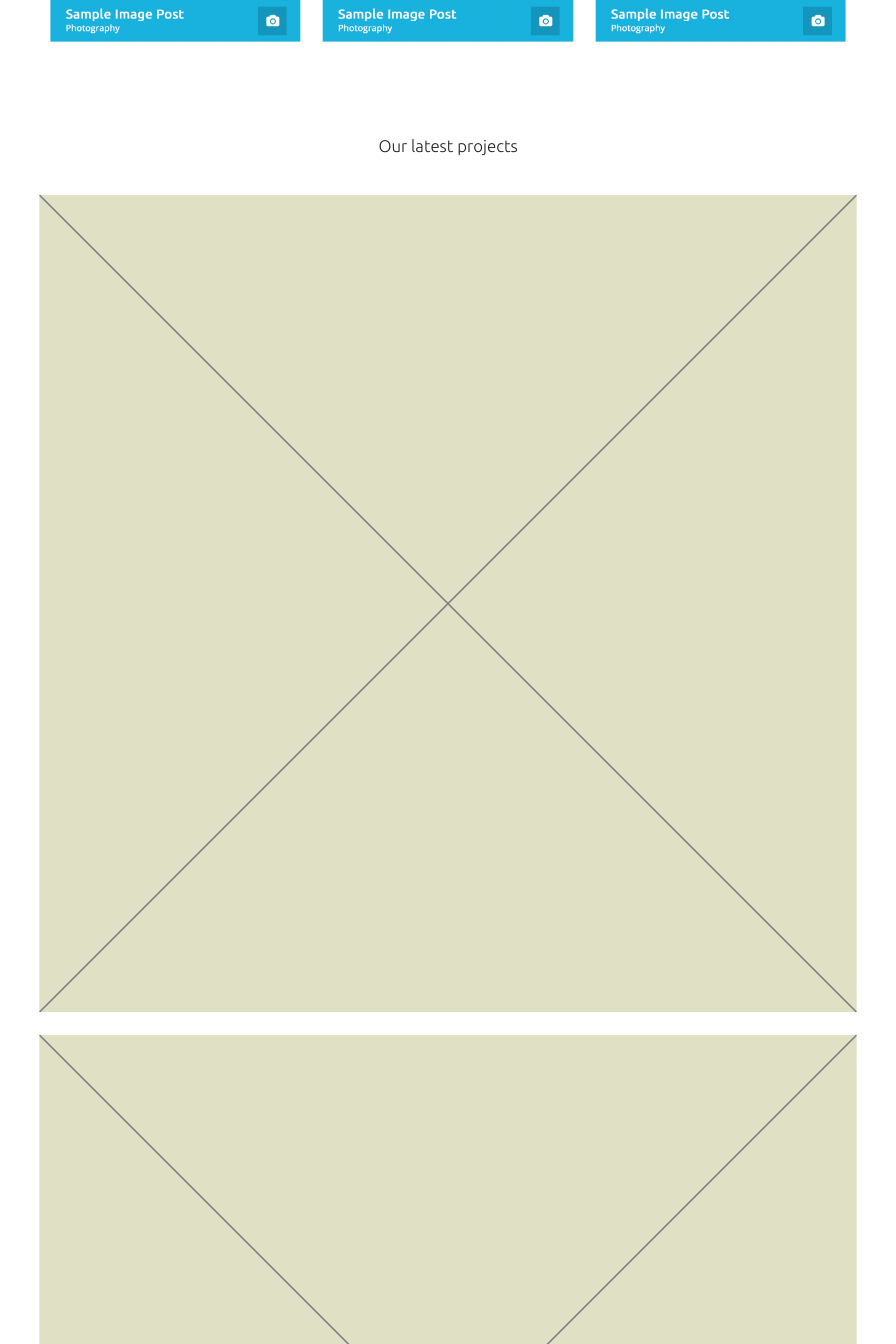
Repository: lpcmendoza/LAB02BF_Group9
Page: index.html
An editor plug-in stored every save of this project. The page is shown before and after the next save, followed by the edit.
The browser window is 1280 px wide. The pictures show the part of the page from y = 2836 to 4756 px (the page is 12489 px tall before and 12527 px after), at 70% of full size.

Above is the page before, as saved 2024-02-11 22:58:51.

After the next save:
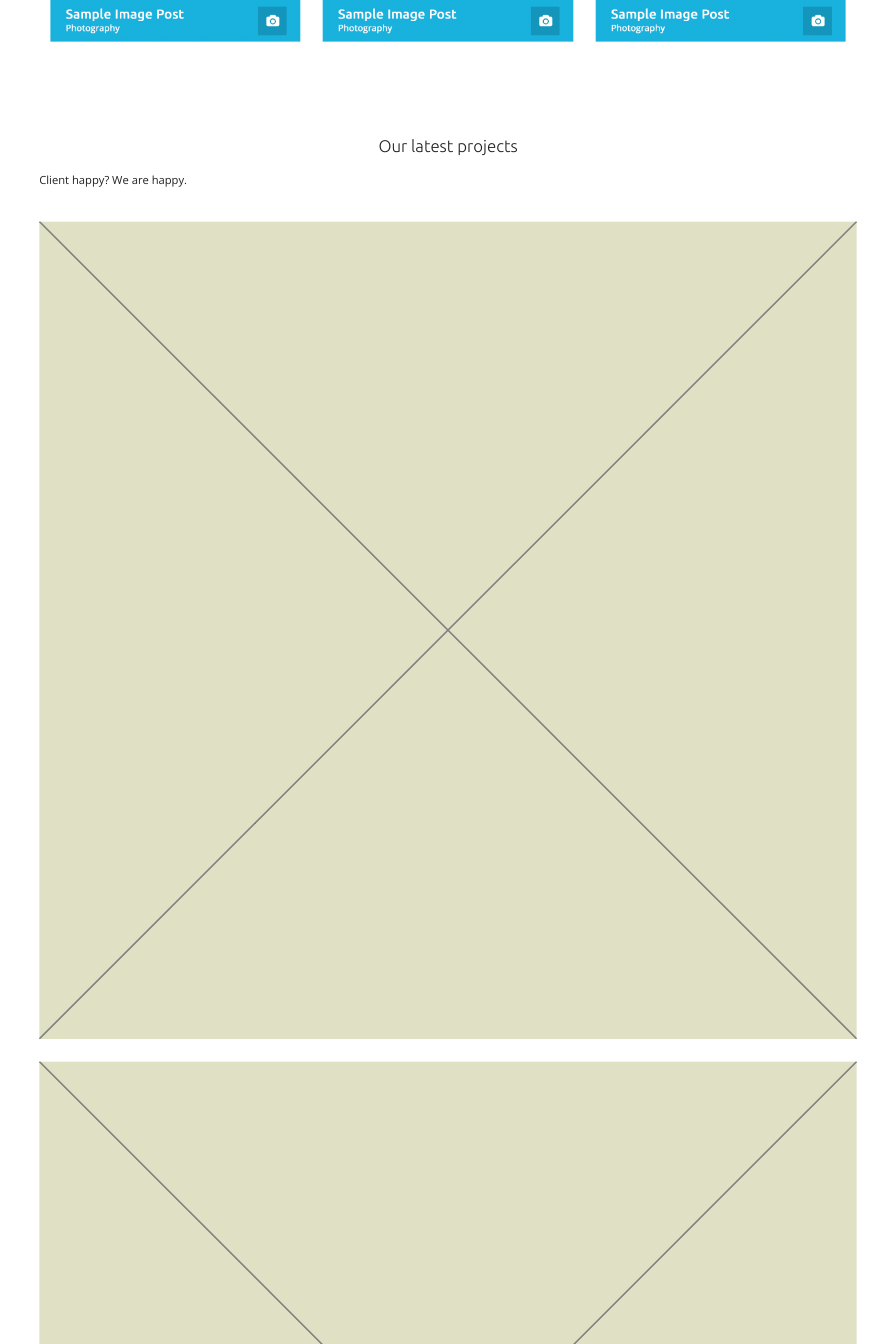
Saved 13 min 38 s later.
--- a/index.html
+++ b/index.html
@@ -121,6 +121,7 @@
     <div class="inner-container">
       <div class="content-container">
         <h2>Our latest projects</h2>
+        <p>Client happy? We are happy.</p>
       </div>
       <div class="content-container">
         <img src="img/placeholder.svg" alt="placeholder image">
